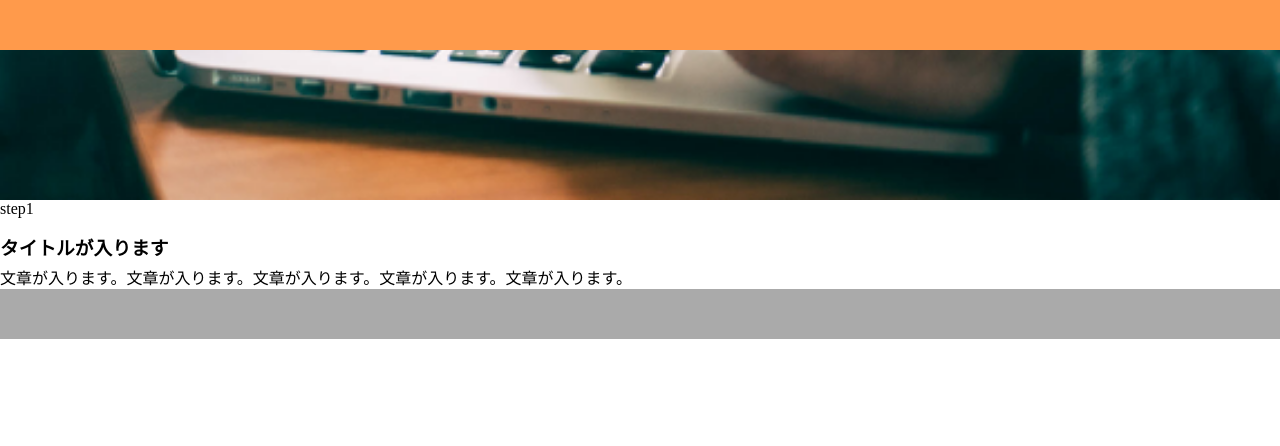
Repository: trmtmy/debug2
Page: chapter9/chapter9.html
The author's editor kept a record of every edit. The page is drawn from the files as they stood at one moment, then again after the next edit.
The browser window is 1280 px wide. The pictures show the whole page.
Some web libraries are served in a nearby version.

Above is the page before.

### chapter9/chapter9.html
<!DOCTYPE html>
<html lang="ja">
  <head>
    <meta charset="UTF-8" />
    <!-- FontAwesomeの読み込み -->
    <script src="https://kit.fontawesome.com/0393e2e04e.js" crossorigin="anonymous"></script>
    <!-- CSSファイルの読み込み -->
    <link rel="stylesheet" href="chapter9.css" />
    <title>9章</title>
  </head>

  <body>

<header>
  <div class="header"></div>
</header>

<div class="main">
  <div class="box1">
    <div class="img1"></div>
    <span class="step1">step1</span>
    <h3 class="title">タイトルが入ります</h3>
    <p class="text">文章が入ります。文章が入ります。文章が入ります。文章が入ります。文章が入ります。</p>
  </div>

  <div class="box2">

  </div>

  <div class="box3">

  </div>

</main>

<footer>
  <div class="footer">

  </div>
</footer>

  </body>
</html>

<a href="mailto:"></a>

### chapter9/chapter9.css
*{
  margin: 0;
  padding:  0;
  box-sizing: border-box;
}

header {
  background-color: #FF9A4B;
  height: 50px;
}

main {
width: 960px;
margin: 50px auto;
display: flex;
}

.box {
  width: 300px;
  margin-right: 30px;
  padding: 10px;
  position: relative;
  background-color: #EEEEEE;
}

.box:last-child {
  margin-right: 0;
}



.img1 {
  height: 150px;
  background-image: url(flow01.png);
  background-size: cover;
  background-position: bottom;
}


.img2 {
  height: 150px;
  background-image: url(flow02.png);
  background-size: cover;
  background-position: bottom;
}

.img3 {
  height: 150px;
  background-image: url(flow03.png);
  background-size: cover;
  background-position: bottom;
}

.step {
  position: absolute;
  top: 0;
  left: 0;
  background-color: #ff9a4b;
  color: #fff;
}

.title {
  margin: 15px 0 5px;
}

.footer {
  background-color: #AAAAAA;
  height: 50px;
}

@media screen and (max-width: 768px) {

  header {
    width: 100%;
  }

  main {
    width: 100%;
  display: block;
  margintop: 50px;

  }

  .box {
    width: 90%;
    margin: 0 auto;

  }

  .img1 {
    width:100%;
    height: 150px;

  }
  .img2 {
    width: 100%;
    height:150px;

  }
  .img3 {
    width: 100%;
    height: 150px;

  }

  .title {
    width: 100%;
  }

  footer {
    width: 100%;
  }
}

After the next edit:
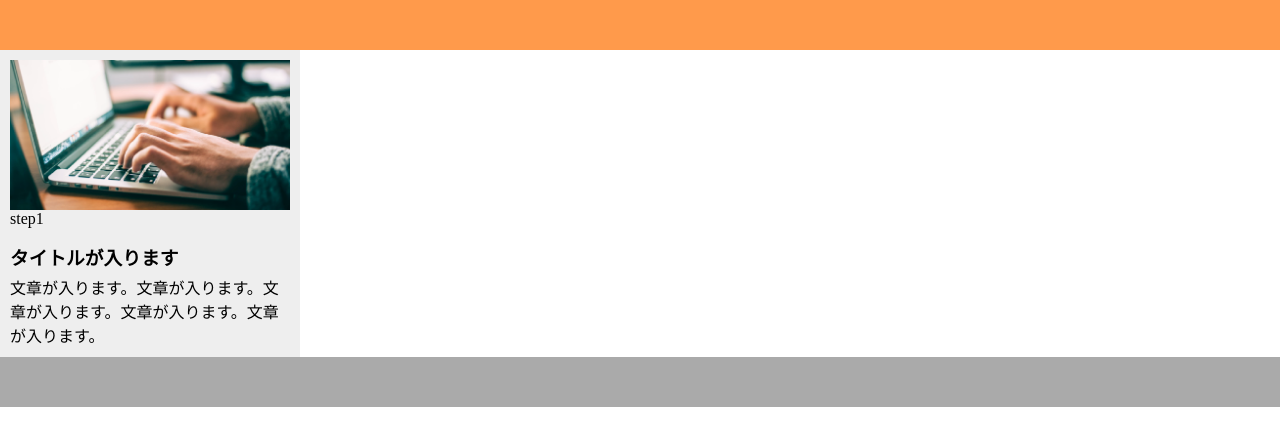
The edit:
--- a/chapter9/chapter9.html
+++ b/chapter9/chapter9.html
@@ -16,7 +16,7 @@
 </header>
 
 <div class="main">
-  <div class="box1">
+  <div class="box">
     <div class="img1"></div>
     <span class="step1">step1</span>
     <h3 class="title">タイトルが入ります</h3>
